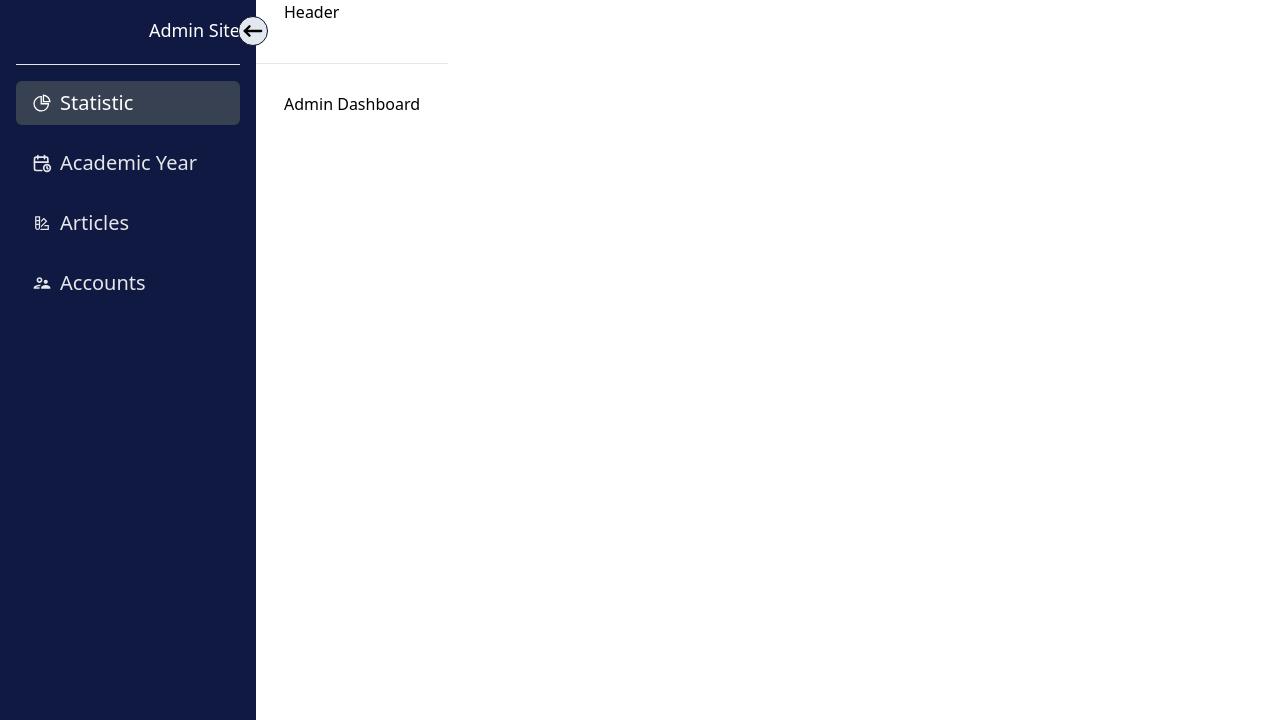
Repository: huynhvanngoan/COMP1640FE-Template
Page: /admin
These files come from the project's save history. The page is drawn as it stood at one moment and after the next save; the edit follows.
The browser window is 1280 px wide. The pictures show the whole page.
The project was rebuilt for these pictures with package versions that can differ from the ones it lists, and the page was loaded fresh each time. Also part of the build but not shown: src/components/buttonStyles.js, src/pages/LoginPage.jsx, src/pages/student/StudentDashboard.jsx, src/pages/department/DepartmentDashboard.jsx, src/pages/marketing/MarketingDashboard.jsx, src/pages/guest/GuestDashboard.jsx.

Above is the page before, as saved 2024-03-24 06:59:36.

### src/index.js
import React from 'react';
import ReactDOM from 'react-dom/client';
import './index.css';
import App from './App';

const root = ReactDOM.createRoot(document.getElementById('root'));
root.render(
  <React.StrictMode>
      <App />
  </React.StrictMode>
)

### src/index.css
@import url('https://fonts.googleapis.com/css2?family=Inter:wght@100;200;300;400;500;600;700;800;900&display=swap');
@tailwind base;
@tailwind components;
@tailwind utilities;

### src/App.js
import React from 'react'
import { BrowserRouter as Router, Routes, Route, Navigate } from "react-router-dom";
import LoginPage from './pages/LoginPage';
import StudentDashboard from './pages/student/StudentDashboard';
import DepartmentDashboard from './pages/department/DepartmentDashboard';
import MarketingDashboard from './pages/marketing/MarketingDashboard';
import GuestDashboard from './pages/guest/GuestDashboard';
import Layout from './pages/admin/layout';
const App = () => {


  return (
    <Router>
        <Routes>
          <Route path="/login" element={<LoginPage/>} />

          <Route path="/admin" element={<Layout />}/>

          <Route path="/student-dashboard" element={<StudentDashboard />}/>

          <Route path="/guest-dashboard" element={<GuestDashboard />}/>

          <Route path="/department-dashboard" element={<DepartmentDashboard />}/>

          <Route path="/marketing-dashboard" element={<MarketingDashboard />}/>

          {/* <Route path='/marketing-homepage' element={<MarketingHomePage  />}/> */}

          <Route path='*' element={<Navigate to="/login" />} />

        </Routes>
    </Router>
  )
}

export default App

### src/pages/admin/layout.js
import React from 'react';
import Sidebar from './Sidebar';
import Header from './Header';
import AdminDashboard from './AdminDashboard';


export default function Layout() {
  return (
      <div className='flex'>
        <Sidebar />
        <div className='flex flex-col'>
          <Header />
          <AdminDashboard />
        </div>
      </div>
  );
}

### src/pages/admin/Sidebar.js
import React, { useState } from 'react';
import { Link } from 'react-router-dom';
import { AiOutlinePieChart } from "react-icons/ai";
import { TbCalendarTime } from "react-icons/tb";
import { LiaSwatchbookSolid } from "react-icons/lia";
import { MdOutlineSupervisorAccount } from "react-icons/md";
import { TbArrowNarrowLeft } from "react-icons/tb";
export const SidebarContent = [
  {
    icon: AiOutlinePieChart,
    heading: "Statistic"
  },
  {
    icon: TbCalendarTime,
    heading: "Academic Year"
  },
  {
    icon: LiaSwatchbookSolid,
    heading: "Articles"
  },
  {
    icon: MdOutlineSupervisorAccount,
    heading: "Accounts"
  }
]

export default function Sidebar() {
  const [selected, setSelected] = useState(0);
  const [colapse, setColapse] = useState(true);

  return (
    <div className={`left-0 top-0 h-screen bg-[#0f1941] p-4 ${colapse ? "w-64" : "w-20"} duration-300`}>
        <div className='flex flex-col'>
           <div className='relative flex h-10 justify-end'>
            <h1 className='text-white text-lg'>Admin Site</h1>
            <TbArrowNarrowLeft className={`text-3xl bg-slate-200 rounded-full cursor-pointer absolute -right-7 border border-[#080e24] hover:text-white ${!colapse && 'rotate-180'}`} onClick={() => setColapse(!colapse)} />
           </div>
          <ul className='my-2 border-t pt-4 w-full items-center'>
            {SidebarContent.map((item, index) => {
              return (
                <li className={selected === index  ? "mb-4 group active" : "mb-4" } key={index} onClick={() => setSelected(index)}>
                  <Link to="#" className={`flex w-full rounded-md items-center space-x-2 text-gray-200 hover:bg-[#080e24] hover:text-white group-[.active]:bg-gray-700 group-[.active]:text-white ${colapse ? 'text-xl px-4 py-2 ': 'text-3xl px-2 py-1'}`}>
                    { colapse ? (
                      <>
                        <item.icon />
                        <span>{item.heading}</span>
                      </>
                    ) : ( <item.icon />)
                    }
                  </Link>
                </li>
              )
            })}
          </ul>
        </div>
    </div>
  );
}

### src/pages/admin/Header.js
import React from 'react';

export default function Header() {
  return (
    <div className='px-7 border-b w-full h-16'>
        Header
    </div>
  );
}

### src/pages/admin/AdminDashboard.js
import React from 'react'

const AdminDashboard = () => {
  return (
      <div className='p-7'>
        Admin Dashboard
      </div>
  )
}

export default AdminDashboard

### tailwind.config.js
/** @type {import('tailwindcss').Config} */
module.exports = {
  content: [
    "./src/**/*.{js,jsx,ts,tsx}",
  ],
  theme: {
    extend: {
      fontFamily: {
        "inter": ["Inter", "sans-serif"]
      }
    },
  },
  plugins: [],
}

Loaded but not shown: public/index.html (common file)

After the next save:
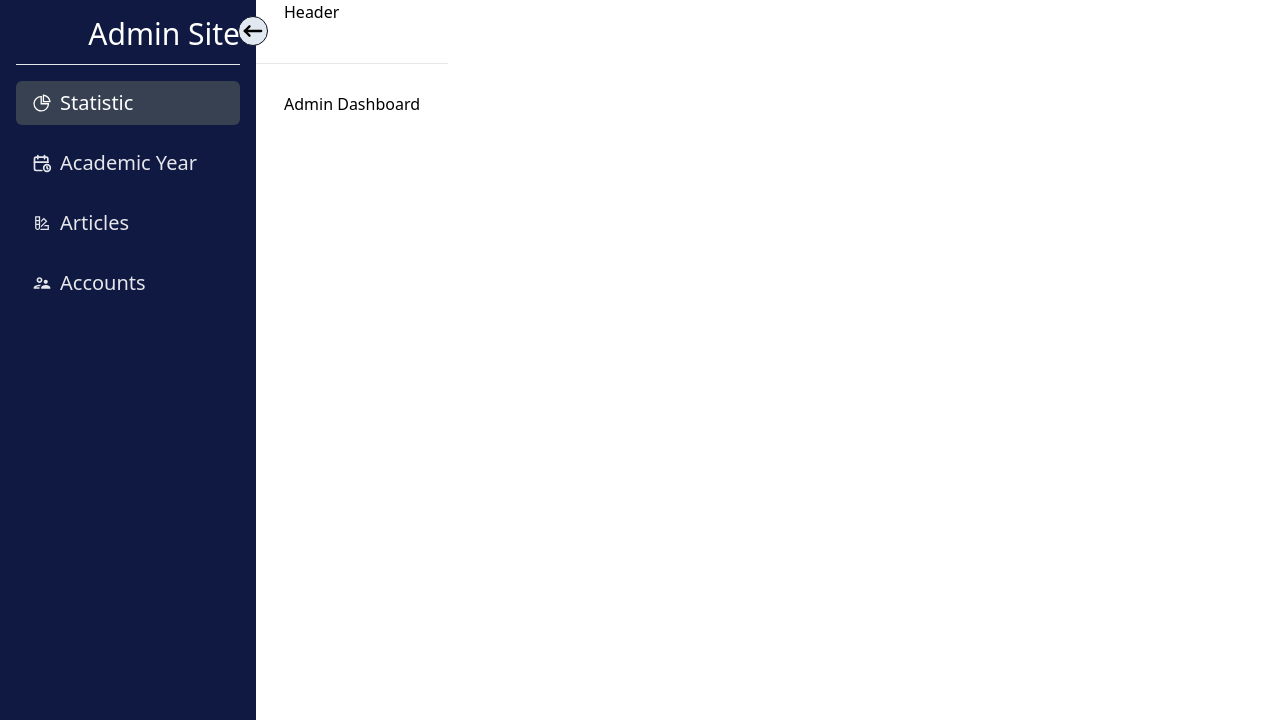
Saved 7 s later.
--- a/src/pages/admin/Sidebar.js
+++ b/src/pages/admin/Sidebar.js
@@ -32,7 +32,7 @@ export default function Sidebar() {
     <div className={`left-0 top-0 h-screen bg-[#0f1941] p-4 ${colapse ? "w-64" : "w-20"} duration-300`}>
         <div className='flex flex-col'>
            <div className='relative flex h-10 justify-end'>
-            <h1 className='text-white text-lg'>Admin Site</h1>
+            <h1 className='text-white text-3xl'>Admin Site</h1>
             <TbArrowNarrowLeft className={`text-3xl bg-slate-200 rounded-full cursor-pointer absolute -right-7 border border-[#080e24] hover:text-white ${!colapse && 'rotate-180'}`} onClick={() => setColapse(!colapse)} />
            </div>
           <ul className='my-2 border-t pt-4 w-full items-center'>
